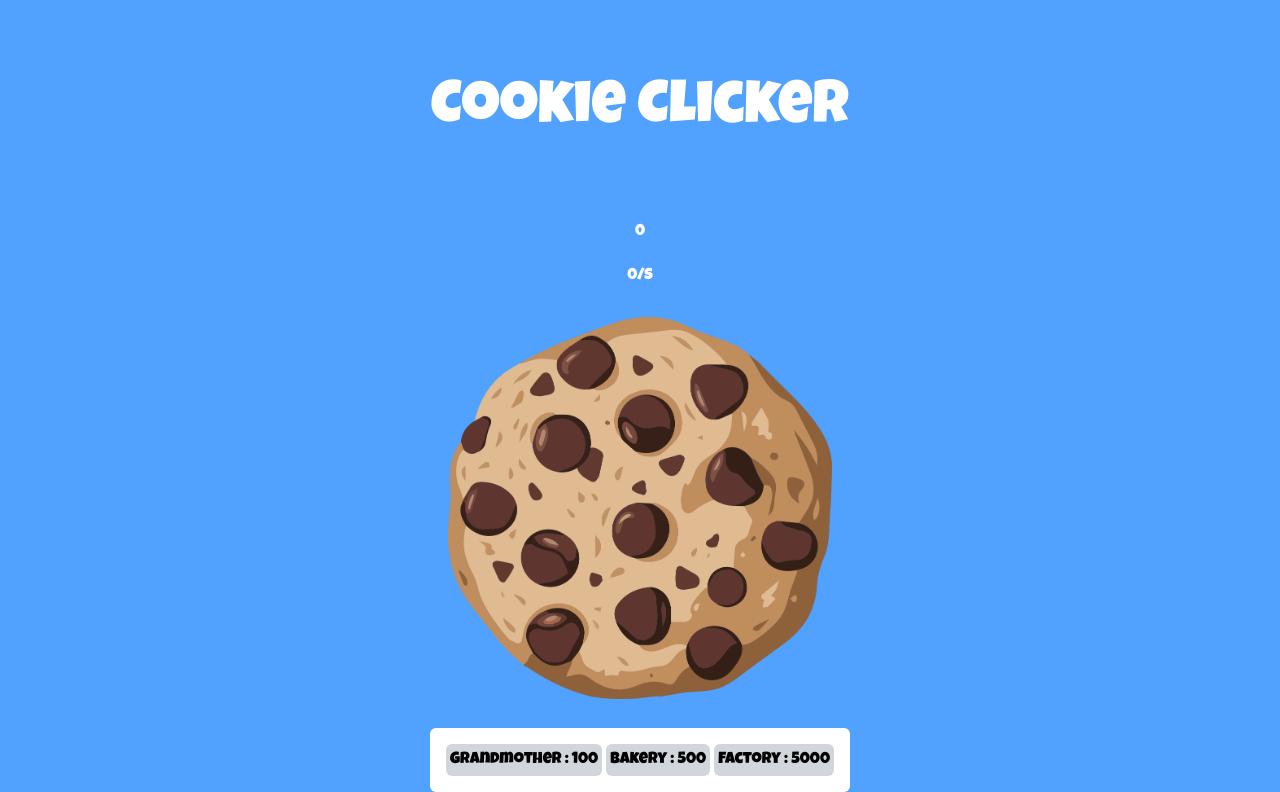
Repository: Cozmoss/cookie_clicker
Page: /
These files come from the project's save history. The page is drawn as it stood at one moment and after a run of saves; the edit follows.
The browser window is 1280 px wide. The pictures show the whole page.
The project was rebuilt for these pictures with package versions that can differ from the ones it lists, and the page was loaded fresh each time. Also part of the build but not shown: vite.config.js, src/App.css.

Above is the page before, as saved 2026-04-24 15:08:47.

### index.html
<!doctype html>
<html lang="en">
	<head>
		<meta charset="UTF-8" />
		<link rel="icon" type="image/svg+xml" href="/favicon.svg" />
		<meta name="viewport" content="width=device-width, initial-scale=1.0" />
		<link href="https://fonts.googleapis.com/css2?family=Luckiest+Guy&display=swap" rel="stylesheet" />
		<title>Cookie Clicker</title>
	</head>
	<body>
		<div id="root"></div>
		<script type="module" src="/src/main.jsx"></script>
	</body>
</html>

### src/index.css
@import "tailwindcss";

:root {
	font-family: "Luckiest Guy";
	background-color: oklch(70.7% 0.165 254.624);
}

### src/App.jsx
import "./App.css";
import Header from "./components/Header";
import CookieCount from "./components/CookieCount";
import CookiePerSecond from "./components/CookiePerSecond";
import Cookie from "./components/Cookie";
import Shop from "./components/Shop";
import { GameProvider } from "./context/GameContext";

function App() {
	return (
		<GameProvider>
			<Header />
			<main className="grid justify-items-center gap-5">
				<CookieCount />
				<CookiePerSecond />
				<Cookie />
				<Shop />
			</main>
		</GameProvider>
	);
}

export default App;

### src/components/Header.jsx
function Header() {
	return <header className="text-6xl text-white text-center my-20">Cookie Clicker</header>;
}

export default Header;

### src/components/CookieCount.jsx
import { useGame } from "../context/GameContext";

function CookieCount() {
    const { state } = useGame();

	return <div className="text-white">{state.count}</div>;
}

export default CookieCount;

### src/components/CookiePerSecond.jsx
import { useState } from "react";

function CookiePerSecond() {
	const [second, setSecond] = useState(0);
	return <div className="text-white">{second}/s</div>;
}

export default CookiePerSecond;

### src/components/Cookie.jsx
import cookie from "../assets/cookie.png";
import { useGame } from "../context/GameContext";

function Cookie() {
    const { dispatch } = useGame();
	return (
		<div>
			<button className="cursor-pointer" onClick={() => dispatch({type: "CLICK_COOKIE"})}>
				<img src={cookie} alt="Cookie" className="w-96" />
			</button>
		</div>
	);
}

export default Cookie;

### src/components/Shop.jsx
function Shop() {
	return (
		<div className="bg-white p-4 rounded-md">
			<button className="bg-gray-300 rounded-md cursor-pointer p-1 align-middle mr-1">Grandmother : 100</button>
			<button className="bg-gray-300 rounded-md cursor-pointer p-1 align-middle mr-1">Bakery : 500</button>
			<button className="bg-gray-300 rounded-md cursor-pointer p-1 align-middle">Factory : 5000</button>
		</div>
	);
}

export default Shop;

### src/context/GameContext.jsx
import { createContext, useContext, useEffect, useReducer } from "react";

const GameContext = createContext()

const initialState = {
    count: 0,
    cookiePerSecond: 0,
    upgrades: [
        {id: 1, name: "Grandmother", cost: 100, cps: 10},
        {id: 2, name: "Bakery", cost: 500, cps: 100},
        {id: 3, name: "Factory", cost: 5000, cps: 500},
    ],
}

function GameReducer(state, action) {
    switch (action.type) {
        case "CLICK_COOKIE":
            return {...state, count: state.count + 1};
        case "BUY_UPGRADE":
            return {...state, count: state.count - action.payload.cost, cookiePerSecond: state.cookiePerSecond + action.payload.cps};
        case "TICK":
            return {...state, count: state.count + state.cookiePerSecond};
        default:
            return state;
    }
}

export function GameProvider({children}) {
    const [state, dispatch] = useReducer(GameReducer, initialState);

    useEffect(() => {
        const interval = setInterval(() => dispatch({type: "TICK"}), 1000);
        return () => clearInterval(interval);
    }, []);

    return (<GameContext.Provider value={{state, dispatch}}>
        {children}
    </GameContext.Provider>);
}

export const useGame = () => useContext(GameContext);

Loaded but not shown: src/main.jsx (common file)

After the next 8 saves:
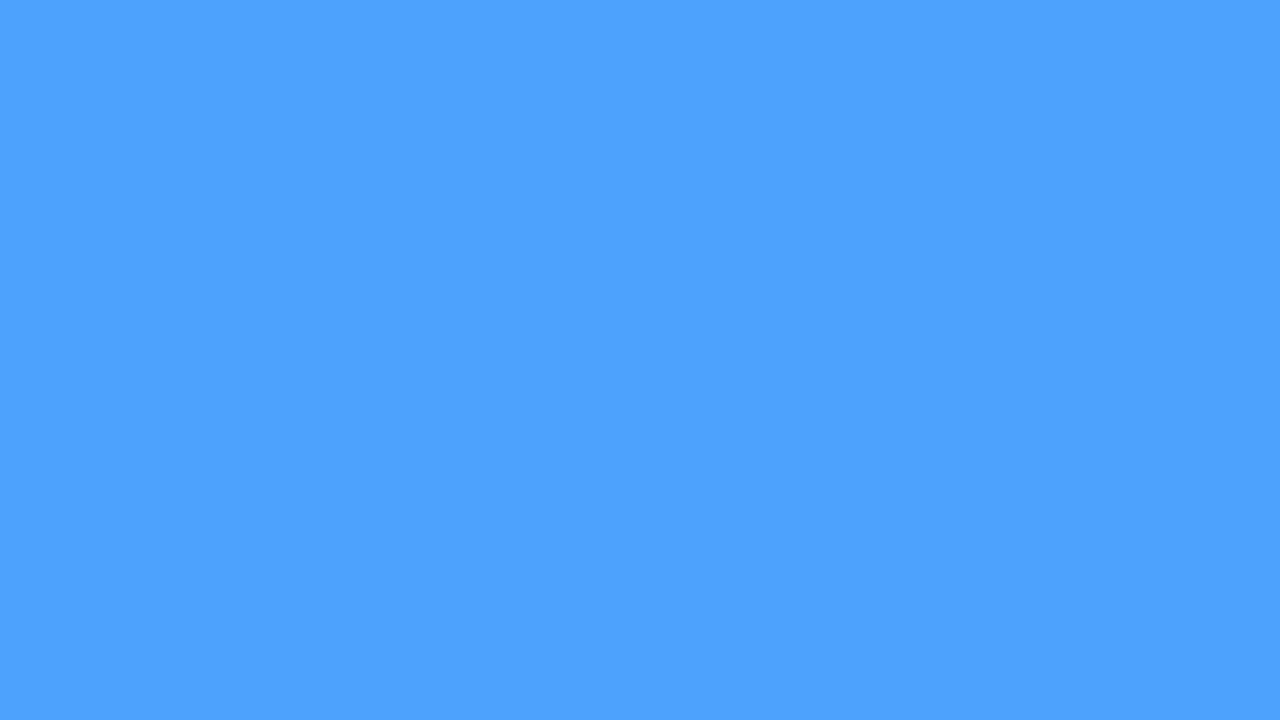
Console error: ReferenceError: second is not defined
The 8 saves are shown as one change because 3 did not build or start and some came seconds apart.
The last was saved 31 s later.
--- a/src/components/CookiePerSecond.jsx
+++ b/src/components/CookiePerSecond.jsx
@@ -1,7 +1,7 @@
-import { useState } from "react";
+import { useGame } from "../context/GameContext";
 
 function CookiePerSecond() {
-	const [second, setSecond] = useState(0);
+    const {state} = useGame();
 	return <div className="text-white">{second}/s</div>;
 }
 

After the save that followed:
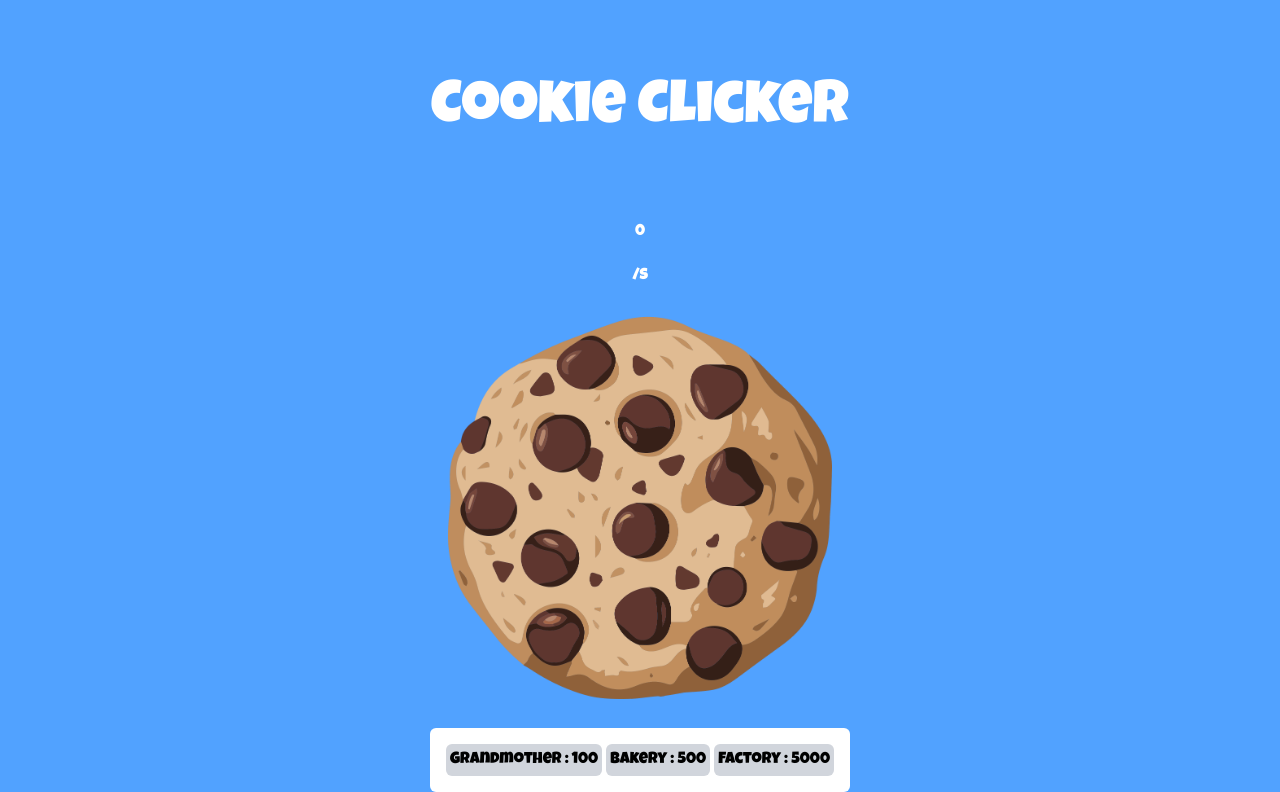
The error is gone.
Saved 7 s later.
--- a/src/components/CookiePerSecond.jsx
+++ b/src/components/CookiePerSecond.jsx
@@ -2,7 +2,7 @@
 
 function CookiePerSecond() {
     const {state} = useGame();
-	return <div className="text-white">{second}/s</div>;
+	return <div className="text-white">{state.second}/s</div>;
 }
 
 export default CookiePerSecond;
